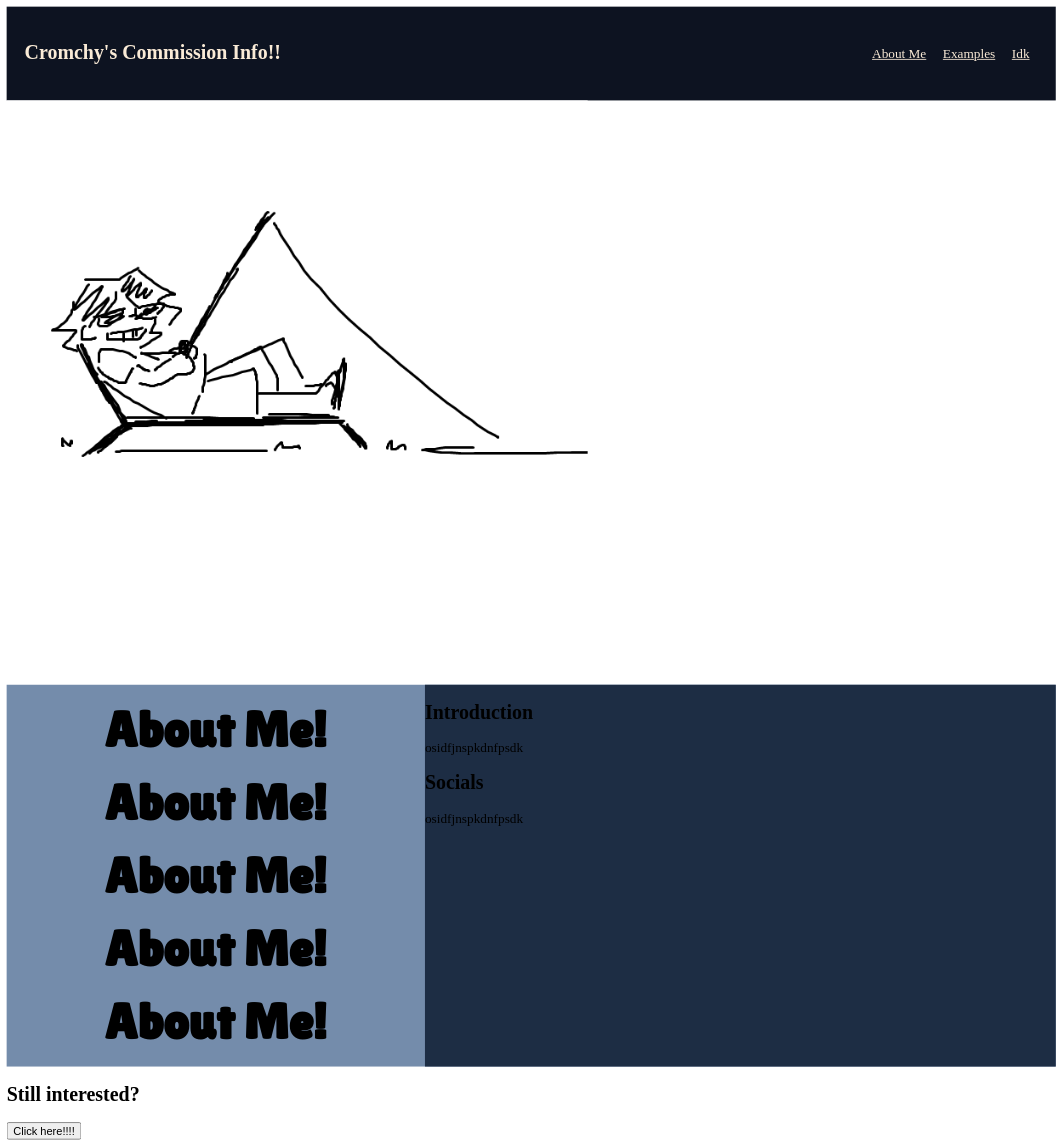
Repository: crackaLack1n/Cromchys_Commission_Site
Page: /
The author's editor kept a copy of each file at every save. The page is drawn from the files as they stood at one save, then again after the next save.
The browser window is 1280 px wide. The pictures show the whole page, at 83% of full size.
The project was rebuilt for these pictures with package versions that can differ from the ones it lists, and the page was loaded fresh each time. The framework's server and built-in components were replaced by stand-ins that run in the browser. Also part of the build but not shown: next.config.mjs.

Above is the page before, as saved 2024-06-11 14:56:01.

After the next save:
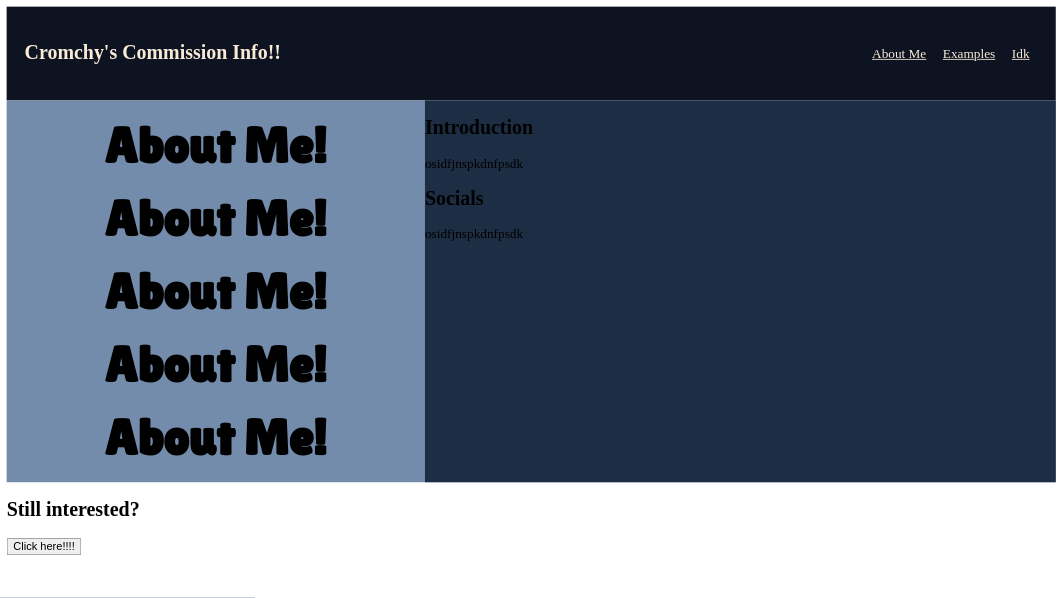
Saved 25 s later.
--- a/pages/index.js
+++ b/pages/index.js
@@ -21,11 +21,8 @@ export default function Home() {
       </Head>
 
       <Header />
-      <div className={styles.image}>
-          <Image src={'/images/banner2.png'} height={700} width={700}></Image>
-        </div>
+
       <main className={`${styles.main}`}>
-
         <div className={styles.mainContainer}>
           <div className={styles.containerLeft}>
             <div className={`${styles.contentLeft} ${lilita_One.className}`}>
